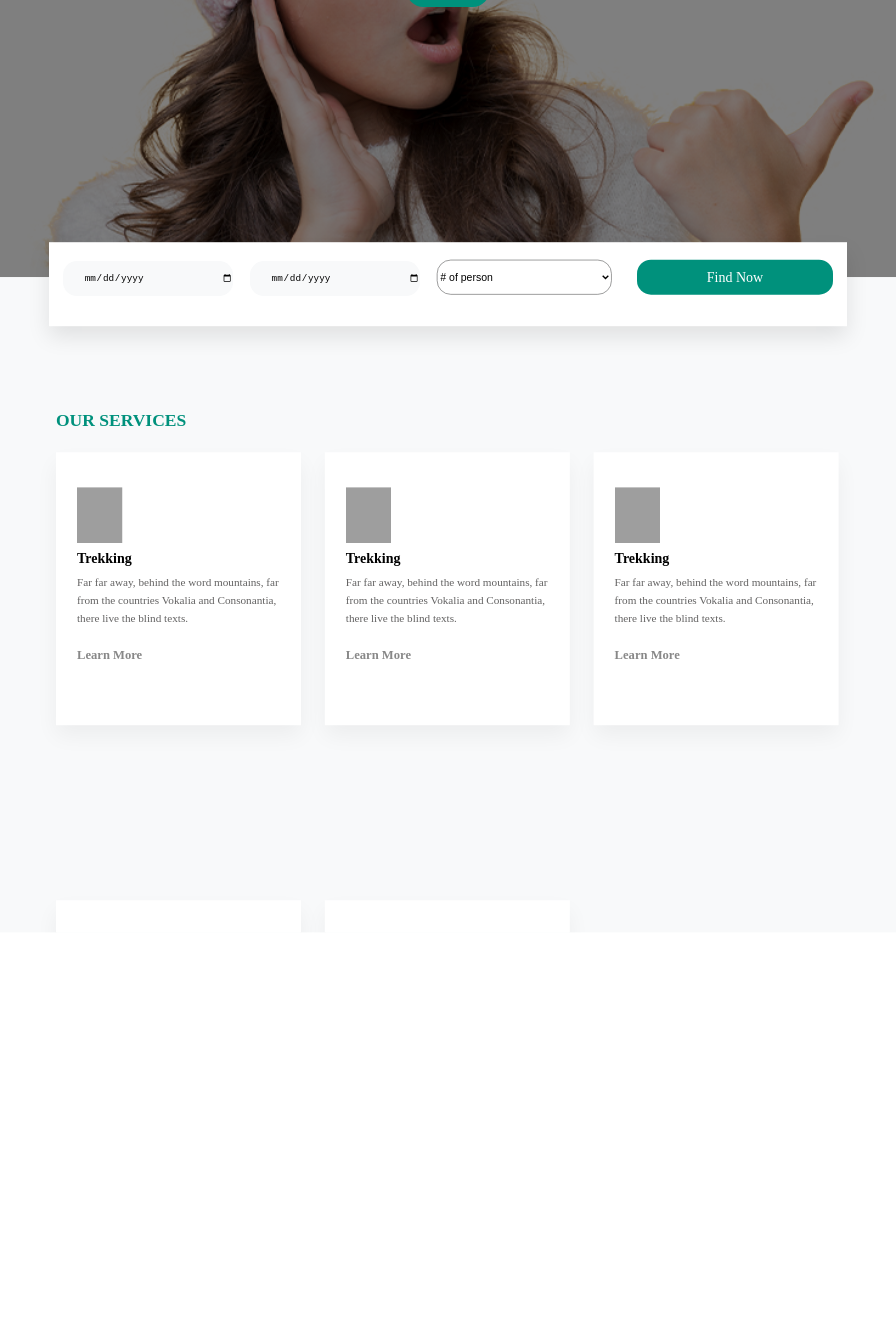
Repository: nhutduy0803/template1
Page: index.html
The author's editor kept a copy of each file at every save. The page is drawn from the files as they stood at one save, then again after a run of saves.
The browser window is 1280 px wide. The pictures show the part of the page from y = 540 to 2460 px (the page is 5000 px tall), at 70% of full size.
Pictures or frames that could not be fetched are drawn as grey boxes.

Above is the page before, as saved 2021-11-28 13:28:40.

### index.html
<!DOCTYPE html>
<html lang="en">
  <head>
    <meta charset="UTF-8" />
    <meta http-equiv="X-UA-Compatible" content="IE=edge" />
    <meta name="viewport" content="width=device-width, initial-scale=1.0" />
    <title>TEMPLATE</title>
    <link rel="stylesheet" href="./assets/css/style.css" />
    <link
      rel="stylesheet"
      href="./assets/css/font/fontawesome-free-5.15.4-web/css/all.min.css"
    />
  </head>
  <body>
    <div id="main">
      <div class="slider">
        <div class="header">
          <h2>Hotell</h2>
          <div class="nav">
            <ul>
              <li>Home</li>
              <li>
                Destination
                <i class="fas fa-chevron-down"></i>
                <div class="subnav-one">
                  <ul class="sub-nav">
                    <span>Menu one</span>
                    <span>Menu two</span>
                    <span
                      >Dropdown <i class="fas fa-angle-right"></i>
                      <ul class="sub-nav-two">
                        <span>Menu one</span>
                        <span>Menu two</span>
                        <span>Menu three</span>
                      </ul>
                    </span>
                  </ul>
                </div>
              </li>
              <li>Services</li>
              <li>About</li>
              <li>Contact</li>
            </ul>
            <h3><i class="fas fa-phone-alt"></i> 123 489 9381</h3>
            <p>Once a year go someplace <br />you've never been before.</p>
            <a class="seevideo" href="#">See video</a>
          </div>
          <div class="modal-slider">
            <input type="date" name="" id="" />
            <input type="date" />
            <div class="select-person">
              <select id="number-of-person" class="form-control">
                <option value="#of person"># of person</option>
                <option value="0">0</option>
                <option value="1">1</option>
                <option value="2">2</option>
                <option value="3">3</option>
                <option value="4">4</option>
                <option value="5">5</option>
              </select>
            </div>
            <div class="find-now">Find Now</div>
          </div>
        </div>
        <!-- <img src="./assets/css/img/slider.webp" alt="" /> -->
      </div>
      <div class="card">
        <h2>OUR SERVICES</h2>
        <div class="card-children">
          <div class="img-card">
            <img src="./assets/css/img/trekking.png" alt="" />
          </div>
          <h3>Trekking</h3>
          <p>
            Far far away, behind the word mountains, far from the countries
            Vokalia and Consonantia, there live the blind texts.
          </p>
          <a href="#">Learn More</a>
        </div>
        <div class="card-children">
          <div class="img-card">
            <img src="./assets/css/img/trekking.png" alt="" />
          </div>
          <h3>Trekking</h3>
          <p>
            Far far away, behind the word mountains, far from the countries
            Vokalia and Consonantia, there live the blind texts.
          </p>
          <a href="#">Learn More</a>
        </div>
        <div class="card-children">
          <div class="img-card">
            <img src="./assets/css/img/trekking.png" alt="" />
          </div>
          <h3>Trekking</h3>
          <p>
            Far far away, behind the word mountains, far from the countries
            Vokalia and Consonantia, there live the blind texts.
          </p>
          <a href="#">Learn More</a>
        </div>
        <div class="card-children">
          <div class="img-card">
            <img src="./assets/css/img/trekking.png" alt="" />
          </div>
          <h3>Trekking</h3>
          <p>
            Far far away, behind the word mountains, far from the countries
            Vokalia and Consonantia, there live the blind texts.
          </p>
          <a href="#">Learn More</a>
        </div>
        <div class="card-children">
          <div class="img-card">
            <img src="./assets/css/img/trekking.png" alt="" />
          </div>
          <h3>Trekking</h3>
          <p>
            Far far away, behind the word mountains, far from the countries
            Vokalia and Consonantia, there live the blind texts.
          </p>
          <a href="#">Learn More</a>
        </div>
      </div>
    </div>
  </body>
</html>

### assets/css/style.css
* {
  margin: 0;
  padding: 0;
  box-sizing: border-box;
}

html {
  scroll-behavior: smooth;
}

#main {
  width: 100%;
  height: 5000px;
  background: #fff;
}
.header img {
  width: 100%;
  height: 100%;
}

.header {
  position: relative;
  width: 100%;
  height: 130vh;
  background: linear-gradient(rgba(0, 0, 0, 0.5), rgba(0, 0, 0, 0.5)),
    url("./img/slider.webp") top center / cover no-repeat;
}

.header h3 {
  position: absolute;
  top: 45px;
  right: 100px;
  color: #fff;
  font-size: 15px;
}

.header h2 {
  color: #fff;
  top: 40px;
  position: absolute;
  left: 50px;
}

.nav ul li {
  transition: 0.2s;
  margin: 0 10px;
  display: inline-block;
  color: rgba(221, 221, 221, 0.705);
}

.nav li:hover {
  transition: 0.2s;
  color: #fff;
}

.nav ul li:nth-child(1) {
  color: #fff;
}

.nav {
  padding-top: 45px;
  text-align: center;
}

ul .fa-chevron-down {
  font-size: 10px;
}

.nav ul li:nth-child(2) {
  position: relative;
  transition: 0.3s;
  margin: 0 -35px;
}

.nav ul li:nth-child(2):hover .sub-nav {
  opacity: 1;
  bottom: 10px;
}

.sub-nav {
  border-radius: 10px;
  background: #fff;
  height: 130px;
  width: 180px;
  position: absolute;
  color: #000;
  opacity: 0;
  transition: 0.3s;
  bottom: 0;
}

.subnav-one {
  position: relative;
  height: 150px;
  width: 180px;
}

.sub-nav span {
  padding-right: 70px;
  padding-top: 20px;
  display: block;
}

.sub-nav span:hover {
  color: #00917c;
  transition: 0.2s;
}

.sub-nav span .fa-angle-right {
  position: absolute;
  right: 20px;
}

.sub-nav span:nth-child(3) {
  position: relative;
}

.sub-nav span:nth-child(3):hover .sub-nav-two {
  opacity: 1;
  margin-top: -25px;
}

.sub-nav-two {
  margin-top: 0px;
  margin-left: 180px;
  background: #fff;
  height: 130px;
  width: 180px;
  position: absolute;
  border-radius: 10px;
  color: #000;
  opacity: 0;
  transition: 0.3s;
}

.fa-phone-alt {
  position: absolute;
  left: -55px;
  top: -9px;
  background: rgba(255, 255, 255, 0.2);
  border-radius: 50%;
  height: 40px;
  width: 40px;
  padding-top: 13px;
  color: #fff;
  transition: 0.2s;
  font-size: 15px;
}

.fa-phone-alt:hover {
  border: 2px solid #fff;
  transition: 0.2s;
}

.header p {
  transform: translate(-50%);
  left: 50%;
  color: #fff;
  position: absolute;
  top: 350px;
  font-size: 50px;
}

.seevideo {
  position: absolute;
  top: 500px;
  left: 50%;
  transform: translate(-50%);
  width: 120px;
  height: 50px;
  background: #00917c;
  color: #fff;
  border-radius: 25px;
  display: flex;
  justify-content: center;
  align-items: center;
  text-decoration: none;
  font-size: 17px;
}

.modal-slider {
  z-index: 2;
  width: 1140px;
  height: 120px;
  background: #fff;
  position: absolute;
  bottom: -70px;
  left: 50%;
  transform: translate(-50%);
  box-shadow: 0 15px 30px 0 rgb(0 0 0 / 10%);
}

.modal-slider input {
  margin-top: 27px;
  margin-left: 50px;
  border-radius: 20px;
  background: #f8f9fa;
  padding-left: 30px;
  border: none;
  height: 50px;
  width: 243px;
}

.modal-slider ::-webkit-input-placeholder {
  color: rgba(0, 0, 0, 0.726);
  font-size: 15px;
}

.modal-slider .fa-calendar-alt {
  margin-left: -30px;
}

.modal-slider input {
  margin-left: 20px;
}

.date {
  position: absolute;
  top: 0px;
  width: 200px;
  height: 300px;
  background: #fff;
  z-index: 1;
}

.select-person {
  background: #f8f9fa;
  border-radius: 20px;
  height: 50px;
  width: 250px;
  display: inline-block;
  color: #000;
  margin-left: 20px;
}

.form-control {
  border-radius: 20px;
  background: #fff;
  height: 50px;
  width: 250px;
  color: #000;
  font-size: 15px;
}

.find-now {
  position: absolute;
  right: 20px;
  background: #00917c;
  border-radius: 20px;
  height: 50px;
  width: 280px;
  display: inline-block;
  display: flex;
  justify-content: center;
  align-items: center;
  color: #fff;
  top: 25px;
  font-size: 20px;
}

.find-now:active {
  border: 3px solid #3cc7b2;
}

.card {
  height: 130vh;
  width: 100%;
  background: #f8f9fa;
  position: relative;
  overflow: hidden;
}

.card h2 {
  font-weight: 700;
  position: absolute;
  left: 80px;
  top: 190px;
  font-size: 25px;
  color: #00917c;
}

.card-children {
  margin-right: -50px;
  margin-left: 80px;
  margin-top: 250px;
  background: #fff;
  height: 390px;
  width: 350px;
  box-shadow: 0 15px 30px 0 rgb(0 0 0 / 5%);
  display: inline-block;
}

.img-card {
  margin-top: 50px;
  margin-left: 30px;
  width: 65px;
  height: 80px;
}

.img-card img {
  width: 100%;
  height: 100%;
}

.card-children h3 {
  margin-top: 10px;
  margin-left: 30px;
  font-size: 20px;
}

.card-children p {
  margin-top: 10px;
  margin-left: 30px;
  color: #535252e8;
  line-height: 1.6;
  margin-bottom: 30px;
}

.card-children a {
  margin-left: 30px;
  text-decoration: none;
  font-size: 18px;
  color: #888888;
  font-weight: 600;
}

.card-children a:hover {
  color: #000;
}

.card-children2 {
  position: absolute;
  left: 400px;
}

Loaded but not shown: assets/css/font/fontawesome-free-5.15.4-web/css/all.min.css (library)

After the next 2 saves:
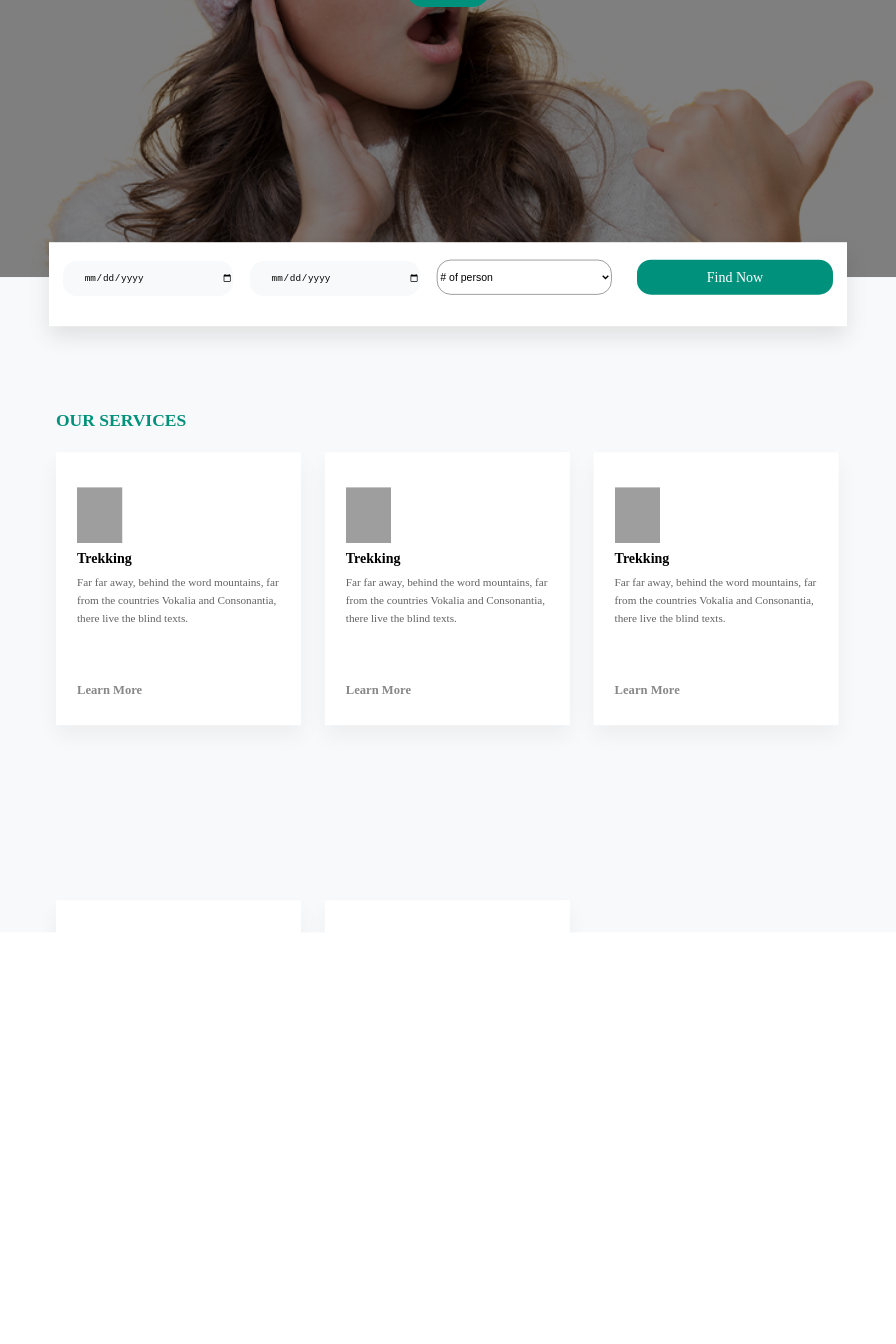
The 2 saves are shown as one change because they came seconds apart.
The last was saved 7 s later.
--- a/assets/css/style.css
+++ b/assets/css/style.css
@@ -313,7 +313,7 @@ ul .fa-chevron-down {
   margin-left: 30px;
   color: #535252e8;
   line-height: 1.6;
-  margin-bottom: 30px;
+  margin-bottom: 80px;
 }
 
 .card-children a {
